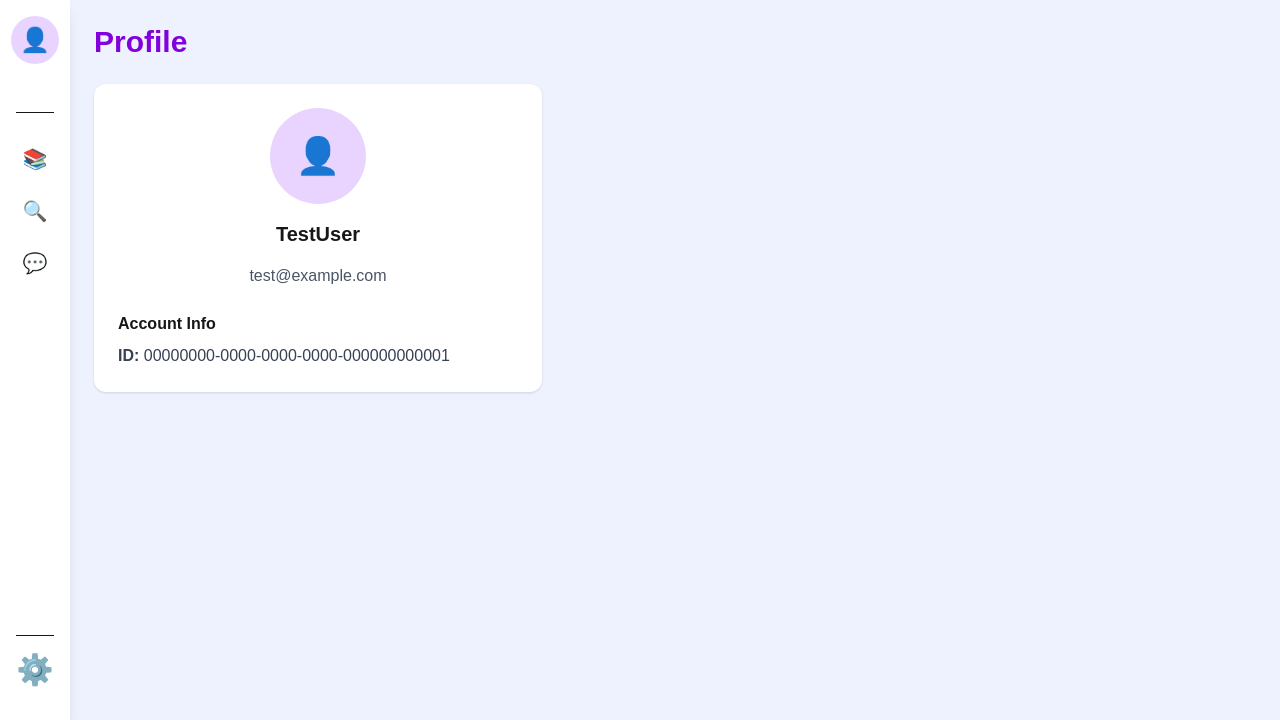
Repository: ramosfranz/bookie
Page: /profile
The author's editor kept a copy of each file at every save. The page is drawn from the files as they stood at one save, then again after the next save.
The browser window is 1280 px wide. The pictures show the whole page.
The project was rebuilt for these pictures with package versions that can differ from the ones it lists, and the page was loaded fresh each time. The framework's server and built-in components were replaced by stand-ins that run in the browser. Also part of the build but not shown: next.config.ts.

Above is the page before, as saved 2025-11-21 15:00:51.

### src/app/layout.tsx
import type { Metadata } from "next";
import { Geist, Geist_Mono } from "next/font/google";
import "./globals.css";

const geistSans = Geist({
  variable: "--font-geist-sans",
  subsets: ["latin"],
});

const geistMono = Geist_Mono({
  variable: "--font-geist-mono",
  subsets: ["latin"],
});

export const metadata: Metadata = {
  title: "Bookie",
  description: "Generated by create next app",
};

export default function RootLayout({
  children,
}: Readonly<{
  children: React.ReactNode;
}>) {
  return (
    <html lang="en">
      <body
        className={`${geistSans.variable} ${geistMono.variable} antialiased`}
      >
        {children}
      </body>
    </html>
  );
}

### src/app/profile/page.tsx
"use client";

import Sidebar from "../components/Sidebar";

const dummyUser = {
  id: "00000000-0000-0000-0000-000000000001",
  email: "test@example.com",
  username: "TestUser",
};

export default function ProfilePage() {
  const user = dummyUser;

  return (
    <div className="min-h-screen flex bg-indigo-50">
      {/* Sidebar */}
      <Sidebar activeTab="profile" user={user} />

      {/* Main content */}
      <main className="flex-1 p-6">
        <h1 className="text-3xl font-bold text-purple-700 mb-6">Profile</h1>

        <div className="bg-white rounded-xl shadow p-6 max-w-md">
          <div className="flex flex-col items-center gap-4">
            <div className="w-24 h-24 bg-purple-200 rounded-full flex items-center justify-center text-4xl">
              👤
            </div>
            <h2 className="text-xl font-semibold">{user.username}</h2>
            <p className="text-gray-600">{user.email}</p>
          </div>

          <div className="mt-6">
            <h3 className="font-semibold mb-2">Account Info</h3>
            <ul className="text-gray-700">
              <li><strong>ID:</strong> {user.id}</li>
              {/* You can add more account info here */}
            </ul>
          </div>
        </div>
      </main>
    </div>
  );
}

### src/app/components/Sidebar.tsx
"use client";

import { useState } from "react";
import Link from "next/link";

export default function Sidebar({ activeTab, user }) {
  const [isCollapsed, setIsCollapsed] = useState(true);

  // Prevent sidebar links from triggering collapse
  const handleLinkClick = (e: React.MouseEvent) => {
    e.stopPropagation();
  };

  return (
    <aside
      onClick={() => setIsCollapsed(!isCollapsed)}
      className={`${
        isCollapsed ? "w-[70px]" : "w-[180px]"
      } bg-white shadow-lg p-4 flex flex-col items-center transition-all duration-300 cursor-pointer`}
    >
      {/* Profile Section */}
      <Link href="/profile" onClick={handleLinkClick} className="mb-8 flex flex-col items-center">
        <div className="w-12 h-12 bg-purple-200 rounded-full flex items-center justify-center text-2xl">
          👤
        </div>
        {!isCollapsed && (
          <p className="mt-3 font-semibold text-purple-700">{user.username}</p>
        )}
      </Link>

      <div className="w-full border-t my-4"></div>

      {/* Tabs */}
      <nav className="flex flex-col items-center gap-6 mt-4">
        {/* Library */}
        <Link
          href="/dashboard"
          onClick={handleLinkClick}
          className={`flex flex-col items-center text-xl ${
            activeTab === "dashboard"
              ? "text-purple-600"
              : "text-gray-500 hover:text-gray-700"
          }`}
        >
          📚
          {!isCollapsed && <span className="text-sm mt-1">Library</span>}
        </Link>

        {/* Discover */}
        <Link
          href="/discover"
          onClick={handleLinkClick}
          className={`flex flex-col items-center text-xl ${
            activeTab === "discover"
              ? "text-purple-600"
              : "text-gray-500 hover:text-gray-700"
          }`}
        >
          🔍
          {!isCollapsed && <span className="text-sm mt-1">Discover</span>}
        </Link>

        {/* Chat */}
        <Link
          href="/chat"
          onClick={handleLinkClick}
          className={`flex flex-col items-center text-xl ${
            activeTab === "chat"
              ? "text-purple-600"
              : "text-gray-500 hover:text-gray-700"
          }`}
        >
          💬
          {!isCollapsed && <span className="text-sm mt-1">Chat</span>}
        </Link>
      </nav>

      <div className="w-full border-t my-4 mt-auto"></div>

      <button
        onClick={(e) => e.stopPropagation()}
        className="text-gray-500 hover:text-gray-700 text-3xl mb-4"
      >
        ⚙️
      </button>
    </aside>
  );
}

Loaded but not shown: src/app/globals.css (common file)

After the next save:
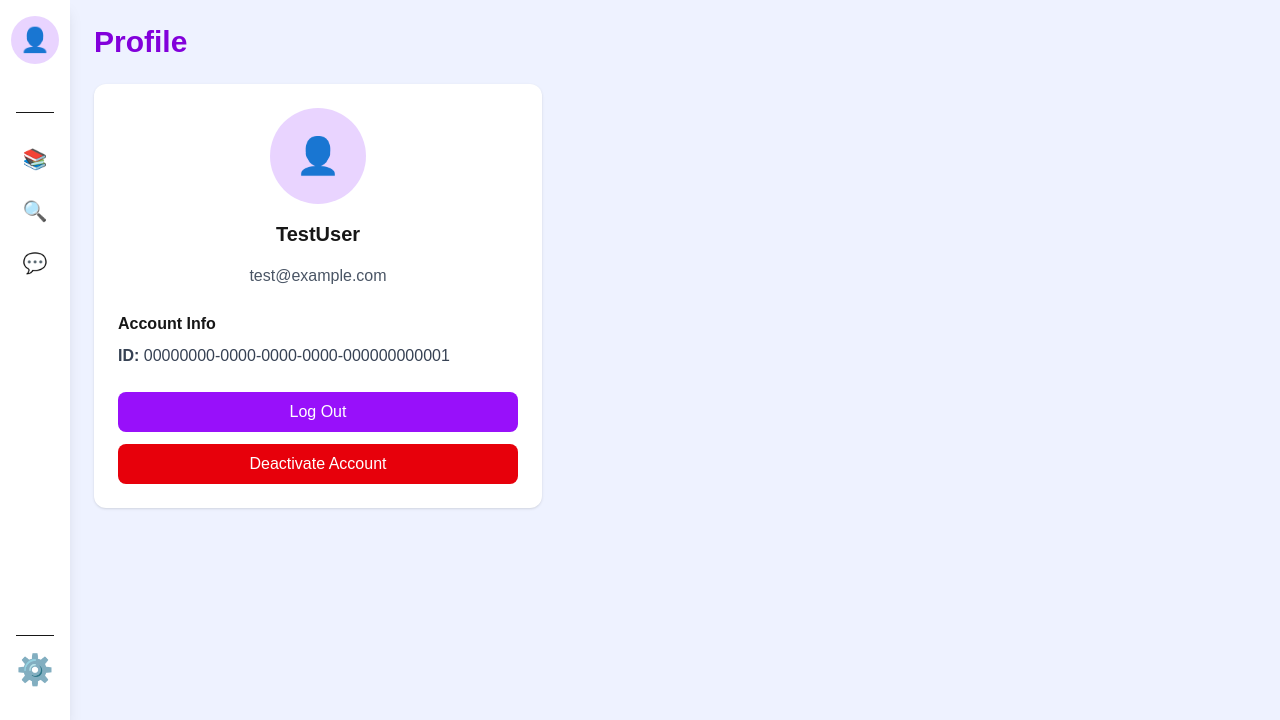
Saved 34 min 36 s later.
--- a/src/app/profile/page.tsx
+++ b/src/app/profile/page.tsx
@@ -10,6 +10,18 @@ const dummyUser = {
 
 export default function ProfilePage() {
   const user = dummyUser;
+
+  const handleLogout = () => {
+    console.log("Logging out...");
+    // Implement your logout logic here, e.g., clearing tokens, redirecting, etc.
+  };
+
+  const handleDeactivate = () => {
+    if (confirm("Are you sure you want to deactivate your account? This action cannot be undone.")) {
+      console.log("Account deactivated");
+      // Implement account deactivation logic here
+    }
+  };
 
   return (
     <div className="min-h-screen flex bg-indigo-50">
@@ -36,6 +48,22 @@ export default function ProfilePage() {
               {/* You can add more account info here */}
             </ul>
           </div>
+
+          {/* Action Buttons */}
+          <div className="mt-6 flex flex-col gap-3">
+            <button
+              onClick={handleLogout}
+              className="w-full bg-purple-600 text-white py-2 rounded-lg hover:bg-purple-700 transition"
+            >
+              Log Out
+            </button>
+            <button
+              onClick={handleDeactivate}
+              className="w-full bg-red-600 text-white py-2 rounded-lg hover:bg-red-700 transition"
+            >
+              Deactivate Account
+            </button>
+          </div>
         </div>
       </main>
     </div>
